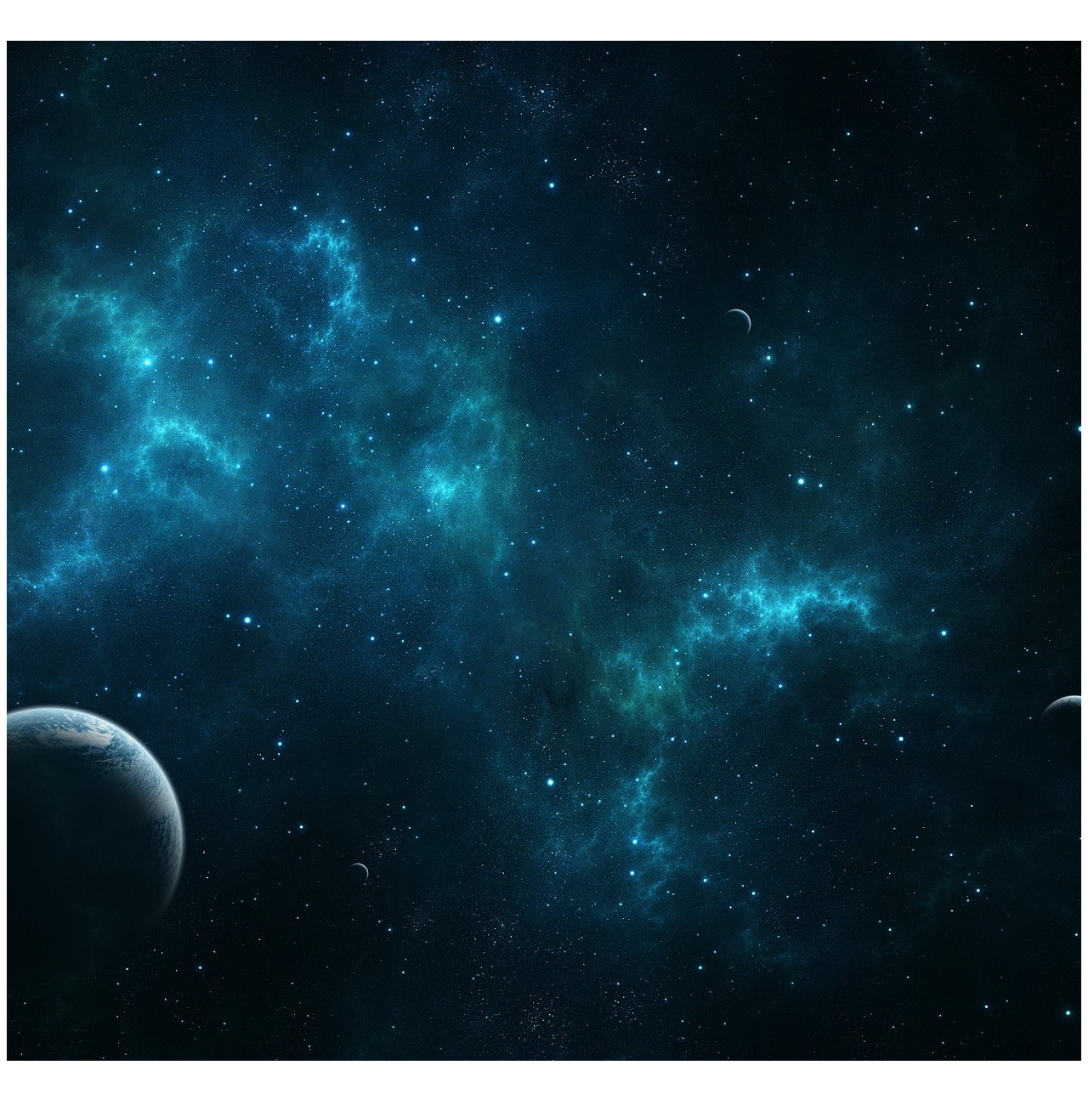
Repository: madd107/demo-form
Page: Assigment_FEE/CaseStudy_2.html
These files come from the project's save history. The page is drawn as it stood at one moment and after the next save; the edit follows.
The browser window is 1280 px wide. The pictures show the whole page, at 85% of full size.
Backgrounds fixed to the window are drawn as part of the page.

Above is the page before, as saved 2021-10-01 16:27:05.

### Assigment_FEE/CaseStudy_2.html
<!DOCTYPE html>
<html lang="en">
  <head>
    <meta charset="UTF-8" />
    <meta http-equiv="X-UA-Compatible" content="IE=edge" />
    <meta name="viewport" content="width=device-width, initial-scale=1.0" />
    <title>Document</title>
    <link rel="stylesheet" href="css/CaseStudy_2.css" />
  </head>
  <body>
    <div class="wrapper">
      <div class="topbar">
        <div class="logo"></div>
        <div class="navigation"></div>
      </div>
      <div class="gridform">
        <div class="gridbox"></div>
      </div>
      <div class="box">
        <div class="b"></div>
      </div>
      <div class="footer"></div>
    </div>
  </body>
</html>

### Assigment_FEE/css/CaseStudy_2.css
.wrapper {
  margin: 0 auto;
  width: 100%;
  height: 1280px;
  background-image: url(/Assigment_FEE/image/wallpaper_hd_by_sinhvienit\ 89.jpg);
  background-position: center;
  background-repeat: no-repeat;
  background-attachment: fixed;
  background-size: auto;
}

After the next save:
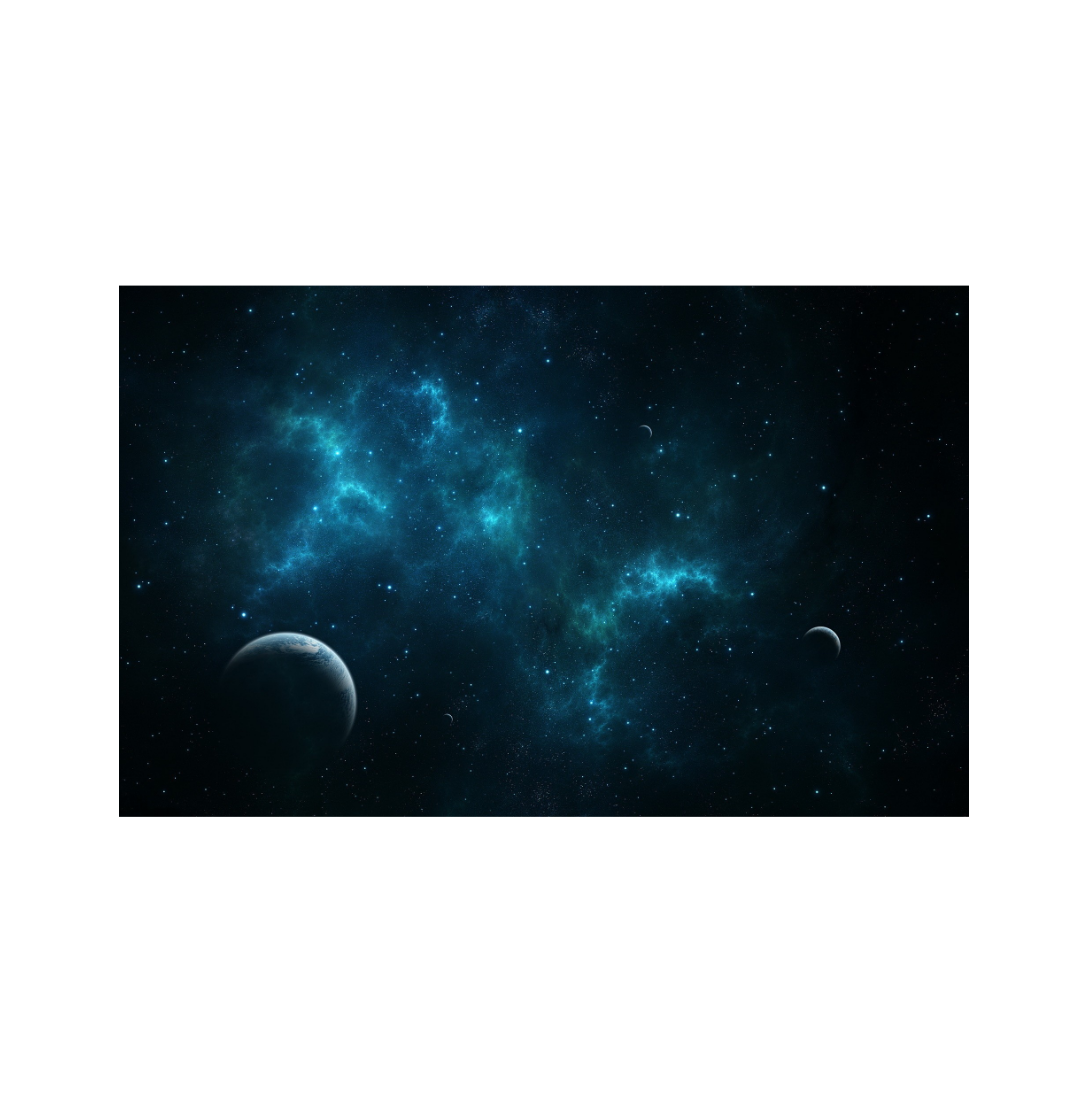
Saved 20 s later.
--- a/Assigment_FEE/css/CaseStudy_2.css
+++ b/Assigment_FEE/css/CaseStudy_2.css
@@ -6,5 +6,5 @@
   background-position: center;
   background-repeat: no-repeat;
   background-attachment: fixed;
-  background-size: auto;
+  background-size: 1000px;
 }
